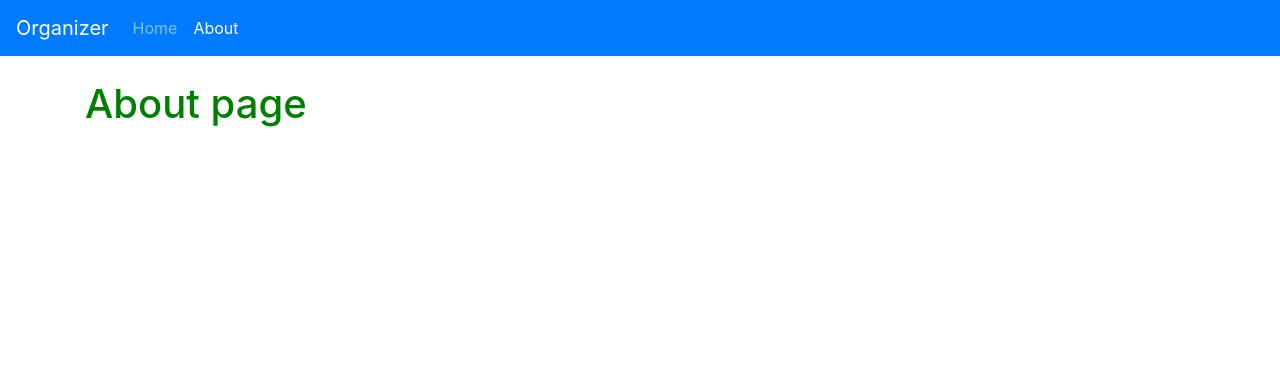
Repository: GregorPiev/orginizer-react-advanced
Page: /about
An editor plug-in stored every save of this project. The page is shown before and after the next save, followed by the edit.
The browser window is 1280 px wide. The pictures show the whole page.
The project was rebuilt for these pictures with package versions that can differ from the ones it lists, and the page was loaded fresh each time. Also part of the build but not shown: src/pages/Home/Home.scss, src/pages/Home/Home.js.

Above is the page before, as saved 2020-08-24 10:32:13.

After the next save:
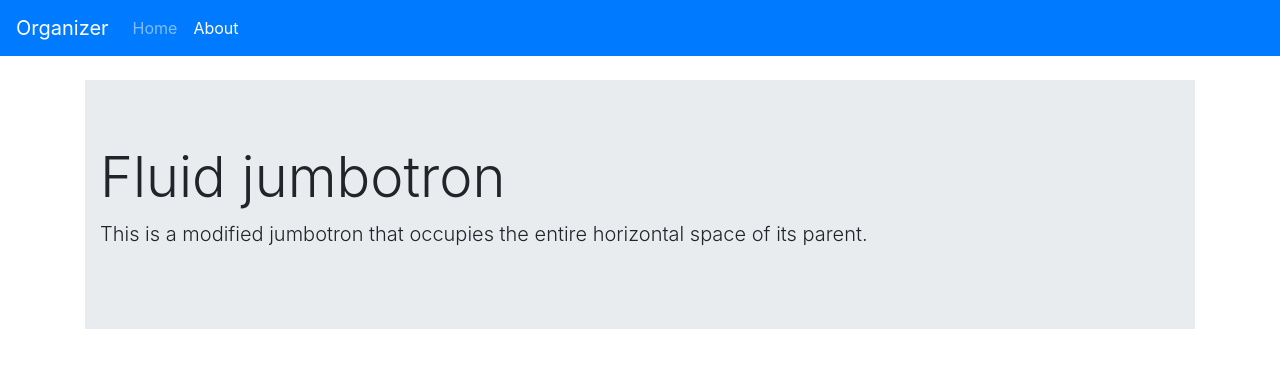
Saved 4 min 32 s later.
--- a/src/pages/About/About.js
+++ b/src/pages/About/About.js
@@ -1,10 +1,11 @@
 import React, { Fragment } from 'react';
 import './About.scss';
 
-export const About = () => {
-    return (
-        <Fragment>
-            <h1 className="about">About page</h1>
-        </Fragment>
-    )
-}
+export const About = () => (
+    <div className="jumbotron jumbotron-fluid">
+        <div className="container">
+            <h1 className="display-4">Fluid jumbotron</h1>
+            <p className="lead">This is a modified jumbotron that occupies the entire horizontal space of its parent.</p>
+        </div>
+    </div>
+)
